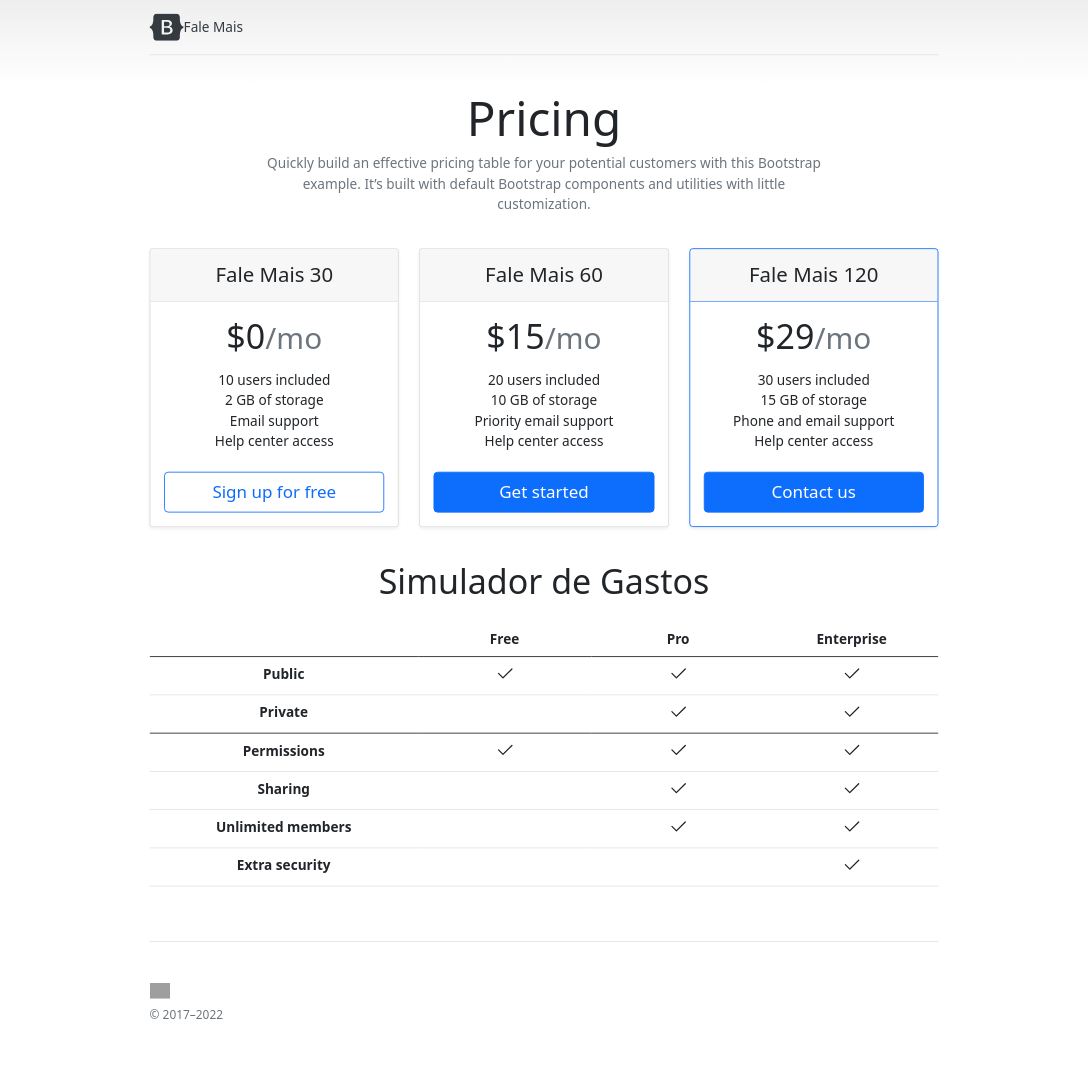
Repository: JuniorMagalhaesDeAlcantara/Fale-Mais
Page: src/resource/index.html
The author's editor kept a copy of each file at every save. The page is drawn from the files as they stood at one save, then again after the next save.
The browser window is 1280 px wide. The pictures show the whole page, at 85% of full size.
Pictures or frames that could not be fetched are drawn as grey boxes.

Above is the page before, as saved 2022-08-02 14:44:06.

After the next save:
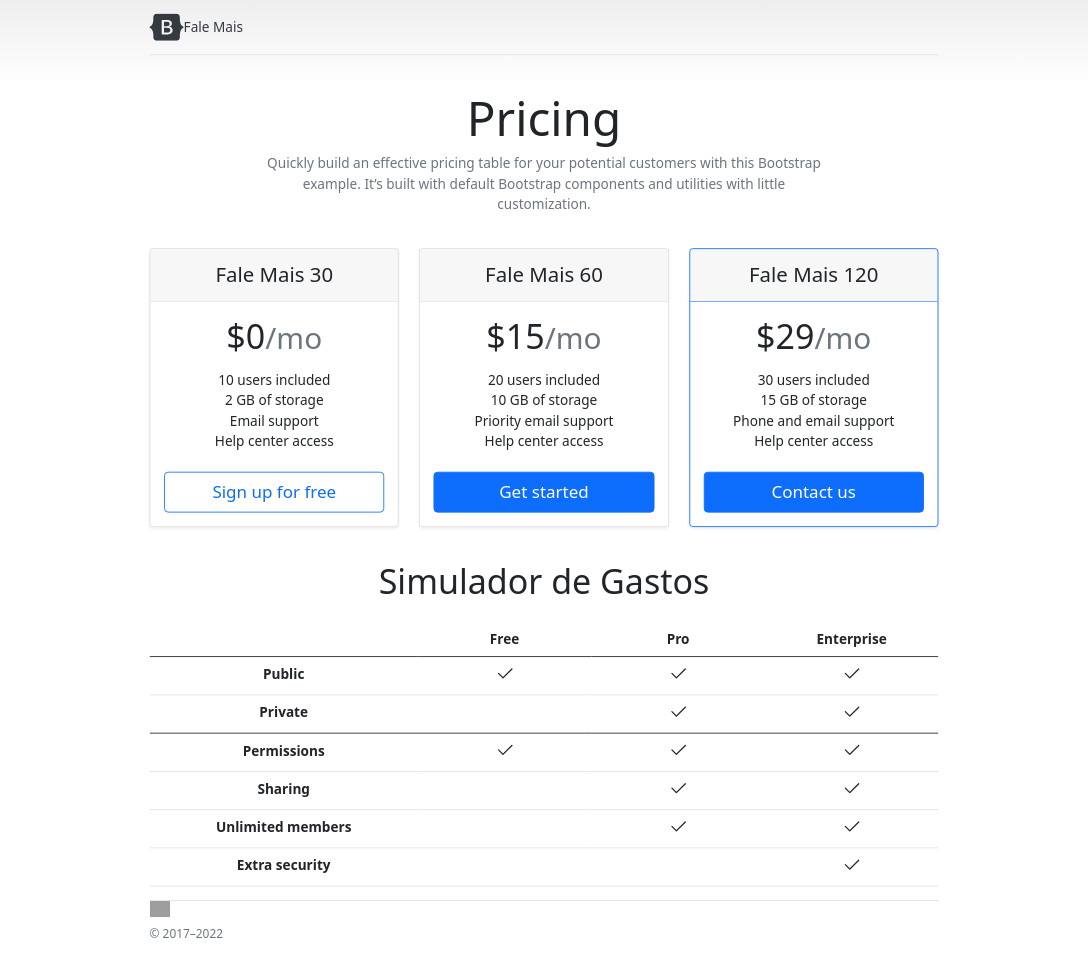
Saved 7 s later.
--- a/src/resource/index.html
+++ b/src/resource/index.html
@@ -150,7 +150,7 @@
       </div>
     </main>
 
-    <footer class="my-md-5 pt-md-5 border-top">
+    <footer class="border-top">
       <div class="row">
         <div class="col-3 col-md">
           <img class="mb-2" src="../assets/brand/bootstrap-logo.svg" alt="" width="24" height="19">
